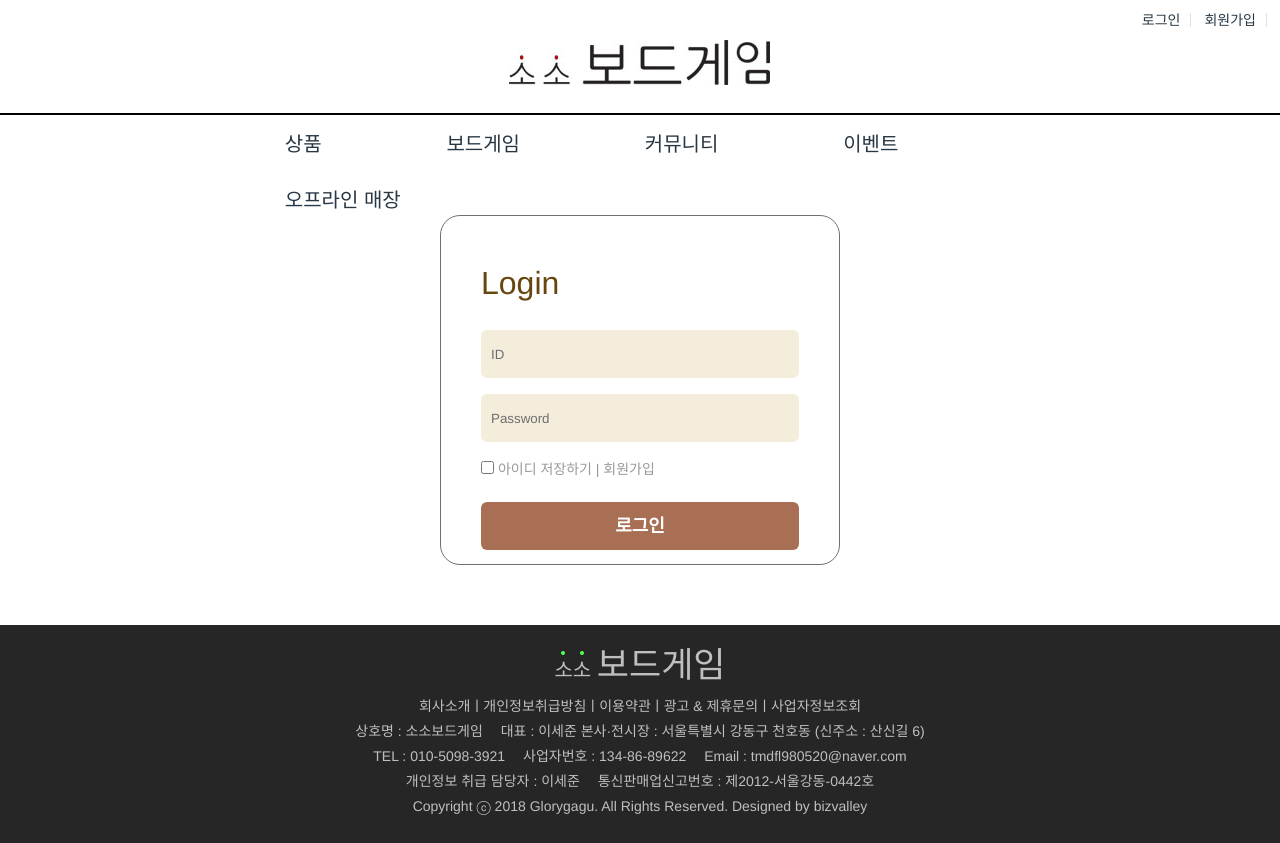
Repository: sejun98/sosobordgameJSP
Page: http://localhost/singup/login_form.jsp
These files come from the project's save history. The page is drawn as it stood at one moment and after the next save; the edit follows.
The browser window is 1280 px wide. The pictures show the whole page.
Some web fonts or font styles are not loaded; a fallback is used. The page is served by Tomcat 9.

Above is the page before, as saved 2022-10-07 07:31:43.

### singup/src/main/webapp/login_form.jsp
<%@ page language="java" contentType="text/html; charset=UTF-8"
    pageEncoding="UTF-8"%>
<%@ page import="java.sql.*" %>
<%@ page import="java.text.*" %>
<%@ page import="java.util.*, java.lang.*"  %>
<!DOCTYPE html>
<html>
<head>
<meta charset="UTF-8">
<title>로그인 폼</title>
<link rel="shortcut icon" href="images/pabicon.ico">
<link rel="stylesheet" href="css/login.css">
<link rel="stylesheet" href="css/reset.css">
<link href="https://fonts.googleapis.com/css?family=Nanum+Gothic" rel="stylesheet">
<link rel="stylesheet" type="text/css" href="css/slick.css">
<link rel="stylesheet" type="text/css" href="css/slick-theme.css">
<link href="https://fonts.googleapis.com/css?family=Poor+Story" rel="stylesheet">


</head>
<body>

<%
	String name = (String)session.getAttribute("name");
	if(name == null) {
%>
<!--header start//-->
<header id="dowowow">
	<a href="#dowowow" class="ssg"><div id="top"></div></a>
	<div id="header_top">
		<ul>
			<li><a href="#">로그인</a></li>
			<li><a href="#">회원가입</a></li>
		</ul>
	</div>
	<div id="logo">
		<a href="index.html"><img src="images/design_index_03red.jpg" alt="헤드메뉴" width="262" sizes="100%"></a>
	</div>
	<div class="header_menu">
		<ul>
			<div class="header_menu_bar">
				<li><a href="Good.html" class="bold">상품</a></li>
				<li><a href="#">보드게임</a></li>
				<li><a href="board.html" class="bold">커뮤니티</a></li>
				<li><a href="event.html" class="bold">이벤트</a></li>
				<li><a href="#">오프라인 매장</a></li>
			</div>
		</ul>
	</div>
</header>
<!--header end//-->
<div class="menu">
	<div class="container">
		<div class="login-wrapper">
			<h2>Login</h2>
			<form method="post" action="<%= request.getContextPath() %>/login_pro.jsp" id="login-form">
				<input type="text" name="id" placeholder="ID">
				<input type="password" name=pw placeholder="Password">
				<label for="remember-check" class="idsave">
					<input type="checkbox" id="remember-check">  아이디 저장하기 | 회원가입
				</label>
				<input type="submit" value="로그인">
			</form>
		</div>
	</div>
</div>
<footer>
	<div class="footer_box">
		<div class="footer_title">
			<span id="susu">소소
				<span class="footer_title_wja"></span>
				<span class="footer_title_wja2"></span>
			</span>
			보드게임
		</div>
		<div class="footer_txt">
			회사소개ㅣ개인정보취급방침ㅣ이용약관ㅣ광고 & 제휴문의ㅣ사업자정보조회<br>
			상호명 : 소소보드게임  　대표 : 이세준   본사·전시장 : 서울특별시 강동구 천호동 (신주소 : 산신길 6) <br>

			TEL : 010-5098-3921　  사업자번호 : 134-86-89622  　Email : tmdfl980520@naver.com <br>

			개인정보 취급 담당자 : 이세준  　통신판매업신고번호 : 제2012-서울강동-0442호 <br>

			Copyright ⓒ 2018 Glorygagu. All Rights Reserved. Designed by bizvalley
		</div>
	</div>
</footer>


<script src="https://code.jquery.com/jquery-2.2.0.min.js" type="text/javascript"></script>
<script type="text/javascript">
 $(document).ready(function() {
    $("a.ssg").anchorAnimate()
 });
 jQuery.fn.anchorAnimate = function(settings) {
    settings = jQuery.extend({
    speed : 1000
    }, settings);
    return this.each(function(){
    var caller = this
    $(caller).click(function (event) {
    event.preventDefault()
    var locationHref = window.location.href
    var elementClick = $(caller).attr("href")
    var destination = $(elementClick).offset().top;
    $("html:not(:animated),body:not(:animated)").animate({ scrollTop: destination}, settings.speed, function()
    {
    window.location.hash = elementClick
    });
     return false;
    })
    })
 }
</script>
<%
	} else {
			%>
		<%= name %>님 로그인 중
		<a href="<% request.getContextPath(); %> logout.jsp">로그아웃</a>
		<%
	}
%>

</body>
</html>

### singup/src/main/webapp/css/login.css

header {
	width: 100%;
}

#header_top {
	float: right;
}
#header_top ul li {
	float: left;
	padding: 13px;
	padding-left: 0;
	line-height: 1;
}
#header_top ul li:nth-child(1) a{
	border-right: solid 1px;
	border-color: #E0E0E0;
	margin: 0px;
}
#header_top ul li:nth-child(2) a{
	margin-right: 0;
	border-right: solid 1px;
	border-color: #E0E0E0;
	margin: 0px;
}

#header_top ul li a {
	display: block;
	margin-right: 65px;
	padding-right: 10px;
}
header #logo {
	clear: both;
	text-align: center;
	margin-bottom: 20px;
}
.header_menu {
	width:100%;
	height: 60px;
	border-top: solid 2px;
}
.header_menu ul li {
	float: left;
	margin-left: 13%;
}
.header_menu ul li a {
	display: block;
	padding: 12px 0px 10px 0px;
	font-size: 20px;
	font-family: 'Nanum Gothic', sans-serif;
}
.header_menu ul li .bold:hover {
	font-weight:bold;
}
.header_menu ul li:nth-child(5) {
	float: left;
}
.header_menu_bar{
	width: 75%;
	margin: 0 auto;

}
/*header end //----------------------------*/
/*container start ------*/
*{
    padding: 0;
    margin: 0;
    border: none;
}
body{
    font-size: 14px;
    font-family: 'Roboto', sans-serif;
}


.login-wrapper{
	margin : auto;
	margin-top: 40px;
	border: 1px solid rgb(112, 112, 112);
	border-radius: 20px;
    width: 400px;
    height: 350px;
    padding: 40px;
    box-sizing: border-box;
}


.login-wrapper > h2{
    font-size: 32px;
    color: #68460f;
    margin-bottom: 20px;
}
#login-form > input{
    width: 100%;
    height: 48px;
    padding: 0 10px;
    box-sizing: border-box;
    margin-bottom: 16px;
    border-radius: 6px;
    background-color: #F5EDDC;
}
#login-form > input::placeholder{
    color: #6d6d6d;
}
#login-form > input[type="submit"]{
    color: #fff;
    font-size: 18px;
	font-weight: bold;
    background-color: #a86f55;
    margin-top: 20px;
}
#login-form > input[type="checkbox"]{
    display: none;
}
#login-form > label{
    color: #999999;
}
#login-form input[type="checkbox"] + label{
    cursor: pointer;
    padding-left: 26px;
    background-image: url("checkbox.png");
    background-repeat: no-repeat;
    background-size: contain;
}
#login-form input[type="checkbox"]:checked + label{
    background-image: url("checkbox-active.png");
    background-repeat: no-repeat;
    background-size: contain;
}

.idsave{
	margin-left : 20%;
}

/*container end ------*/
.down_box {
	width: 100%;
	height: 296px;
	background-color: #CDFFC3;
	float: left;
}
.down_box_img {
	background-image: url(../images/User_dow.jpg);
	background-repeat: no-repeat;
	width: 50%;height: 300px;
	float: left;
}
.down_box_txt {
	color: white;
	font-size: 35px;
	text-align: center;
	margin-top: 60px;
	position: relative;
}
.down_soso {
	font-size: 20px;
}
.down_soso span:before {
	content: "��";
	color: #dc3434;
	font-size: 1em;
	position: relative;
	left: 19px;
	top: -20px;
}
.down_sosos{
	font-size: 20px;
}
.down_sosos span:before {
	content: "��";
	color: #f7f549;
	font-size: 1em;
	position: relative;
	left: 19px;
	top: -20px;
}
.down_soso_img {
	background-image: url(../images/design_inde22x_08.jpg);
	width: 4px;height: 4px;
	position: absolute;
	left: 313px; top: 15px;
}
.down_soso_img2 {
	background-image: url(../images/design_inde22x_08.jpg);
	width: 4px;height: 4px;
	position: absolute;
	left: 333px; top: 15px;
}
.down_box_txt p {
	margin-top: -25px;
	font-size: 45px;
}
.down_box_txt .pp2{
	line-height: 46px;
	font-size: 20px;
}
.search {
	width: 421px;
	position: relative;
	margin-left: 50%;
	transform: translateX(-50%);
}
.inputbox {
	float: left;
	font-size: 18px;
	color: #ebebeb;
	padding-left: 10px;
	background-color: rgba(255,255,255,0);
	border: solid 5px #ebebeb;
	width: 421px; height: 46px;
	margin-top: 10px;


}
.search .inputbox_button{
	position: absolute;
	top: 20px;right: -13px;
	background-color: transparent;
}



.down_title {
	margin-top: 20px;
	width: 200px; height: 50px;
	background-color: #fff;
	border-radius: 50px;
	margin-left: 50%;
	transform: translateX(-50%);
	color: #000;
	font-size: 20px;
	font-weight: bold;
	line-height: 50px;

}
.down_title:hover {
	background-color: #646464;
	color: #F0F0F0
}
/*footer start*/
.footer_box {
	width: 100%; height: 218px;
	background-color: #262626;
	clear: both;
	color: #bfbfbf;
}
.footer_title {
	padding-top: 10px;
	font-size: 35px;
	text-align: center;
	margin-top: 60px;
	position: relative;
}
.footer_title span {
	font-size: 20px;
}
.footer_txt {
	font-size: 14px;
	text-align: center;
	line-height: 25px;
}
.footer_title_wja {
	background-image: url(../images/design_indexdd_03.jpg);
	width: 4px;height: 4px;
	background-repeat: no-repeat;
	float: left;
	position: absolute;
	top: -8px;right: 13px;
}
.footer_title_wja2 {
	background-image: url(../images/design_indexdd_03.jpg);
	width: 4px;height: 4px;
	background-repeat: no-repeat;
	float: left;
	position: absolute;
	top: -8px;right: 32px;
}

#susu {
	position: relative;
}

#rjatk {
	float: left;
}

/*Slick*/
 .slider {
        width: 50%;
        margin: 0 auto;
    }

    .slick-slide {
      margin: 0px 20px;
    }

    .slick-slide img {
      width: 90%;
      margin: 0 auto;
      padding-top: 5%;
    }

    .slick-prev:before,
    .slick-next:before {
      color: black;
    }


    .slick-slide {
      transition: all ease-in-out .3s;
      opacity: 1;
    }

    .slick-active {
      opacity: 1;
    }

    .slick-current {
      opacity: 1;
    }
    /*slick*/

### singup/src/main/webapp/css/reset.css
*{
 margin:0;
 padding:0;
 border:none;
 	list-style:none;
	text-decoration: none;
	font-family: 'Nanum Gothic', sans-serif;
	font-family: noto,notojp,notokr,Helvetica
	,Microsoft YaHei,Apple SD Gothic Neo,Malgun Gothic,
	"\B9D1\C740 \ACE0\B515",Dotum,\\B3CB\C6C0,sans-serif;
}

/*여백초기화*/
body, div, dl, dd, dt, ul, li, ol, h1, h2, h3, h4, h5, h6, form, legend, textarea, select, fieldset, p, button {margin: 0; padding: 0;}

/*링크 초기화 */
a { color: #273743; text-decoration: none; }
a:hover { color: #000000; }

/*폰트초기화 */
body, input, textarea, select, button, table {line-height: 1.7} /*나눔고딕은 크로스브라우져에 가장 적합 */

/*h태그 초기화 */
h1, h2, h3, h4, h5, h6 { font-size: 12px; font-weight: normal; }

/*목록태그 초기화*/
li, ol, ul {list-style: none;}

/*ir*/

.ir { width: 0; height: 0; font-size: 0; line-height: 0; overflow: hidden; position: absolute; left: 0; top: 0; }
.cursor {
	cursor:pointer;
}
.down_title:hover {
	background-color: #646464;
	color: #F0F0F0
}

### singup/src/main/webapp/css/slick.css
/* Slider */
.slick-slider
{
    position: relative;

    display: block;
    box-sizing: border-box;
}

.slick-list
{
    position: relative;

    display: block;
    overflow: hidden;

    margin: 0;
    padding: 0;
}
.slick-list:focus
{
    outline: none;
}
.slick-list.dragging
{
    cursor: pointer;
}

.slick-slider .slick-track,
.slick-slider .slick-list
{

}

.slick-track
{
    position: relative;
    top: 0;
    left: 0;

    display: block;
    margin-left: auto;
    margin-right: auto;
}
.slick-track:before,
.slick-track:after
{
    display: table;

    content: '';
}
.slick-track:after
{
    clear: both;
}
.slick-loading .slick-track
{
    visibility: hidden;
}

.slick-slide
{
    display: none;
    float: left;

    height: 100%;
    min-height: 1px;
}
[dir='rtl'] .slick-slide
{
    float: right;
}
.slick-slide img
{
    display: block;
}
.slick-slide.slick-loading img
{
    display: none;
}
.slick-initialized .slick-slide
{
    display: block;
}
.slick-loading .slick-slide
{
    visibility: hidden;
}
.slick-vertical .slick-slide
{
    display: block;

    height: auto;

    border: 1px solid transparent;
}
.slick-arrow.slick-hidden {
    display: none;
}

### singup/src/main/webapp/css/slick-theme.css
/* Slider */
.slick-loading .slick-list
{
    background: #fff url('./ajax-loader.gif') center center no-repeat;
}

/* Icons */
@font-face
{
    font-family: 'slick';
    font-weight: normal;
    font-style: normal;

    src: url('./fonts/slick.eot');
    src: url('./fonts/slick.eot?#iefix') format('embedded-opentype'), url('./fonts/slick.woff') format('woff'), url('./fonts/slick.ttf') format('truetype'), url('./fonts/slick.svg#slick') format('svg');
}
/* Arrows */
.slick-prev,
.slick-next
{
    font-size: 0;
    line-height: 0;

    position: absolute;
    top: 50%;

    display: block;

    width: 20px;
    height: 20px;
    padding: 0;

    transform: translate(0, -50%);

    cursor: pointer;

    color: transparent;
    border: none;
    outline: none;
    background: transparent;
}
.slick-prev:hover,
.slick-prev:focus,
.slick-next:hover,
.slick-next:focus
{
    color: transparent;
    outline: none;
    background: transparent;
}
.slick-prev:hover:before,
.slick-prev:focus:before,
.slick-next:hover:before,
.slick-next:focus:before
{
    opacity: 1;
}
.slick-prev.slick-disabled:before,
.slick-next.slick-disabled:before
{
    opacity: .25;
}

.slick-prev:before,
.slick-next:before
{
    font-family: 'slick';
    font-size: 40px;
    line-height: 1;

    opacity: .75;
    color: white;


}

.slick-prev
{
    left: -25px;
}
[dir='rtl'] .slick-prev
{
    right: -25px;
    left: auto;
}
.slick-prev:before
{
    content: '←';
}
[dir='rtl'] .slick-prev:before
{
    content: '→';
}

.slick-next
{
    right: -25px;
}
[dir='rtl'] .slick-next
{
    right: auto;
    left: -25px;
}
.slick-next:before
{
    content: '→';
}
[dir='rtl'] .slick-next:before
{
    content: '←';
}

/* Dots */
.slick-dotted.slick-slider
{
    margin-bottom: 30px;
}

.slick-dots
{
    position: absolute;
    bottom: -25px;

    display: block;

    width: 100%;
    padding: 0;
    margin: 0;

    list-style: none;

    text-align: center;
}
.slick-dots li
{
    position: relative;

    display: inline-block;

    width: 20px;
    height: 20px;
    margin: 0 5px;
    padding: 0;

    cursor: pointer;
}
.slick-dots li button
{
    font-size: 0;
    line-height: 0;

    display: block;

    width: 20px;
    height: 20px;
    padding: 5px;

    cursor: pointer;

    color: transparent;
    border: 0;
    outline: none;
    background: transparent;
}
.slick-dots li button:hover,
.slick-dots li button:focus
{
    outline: none;
}
.slick-dots li button:hover:before,
.slick-dots li button:focus:before
{
    opacity: 1;
}
.slick-dots li button:before
{
    font-family: 'slick';
    font-size: 6px;
    line-height: 20px;

    position: absolute;
    top: 0;
    left: 0;

    width: 20px;
    height: 20px;

    content: '•';
    text-align: center;

    opacity: .25;
    color: black;

}
.slick-dots li.slick-active button:before
{
    opacity: .75;
    color: black;
}

After the next save:
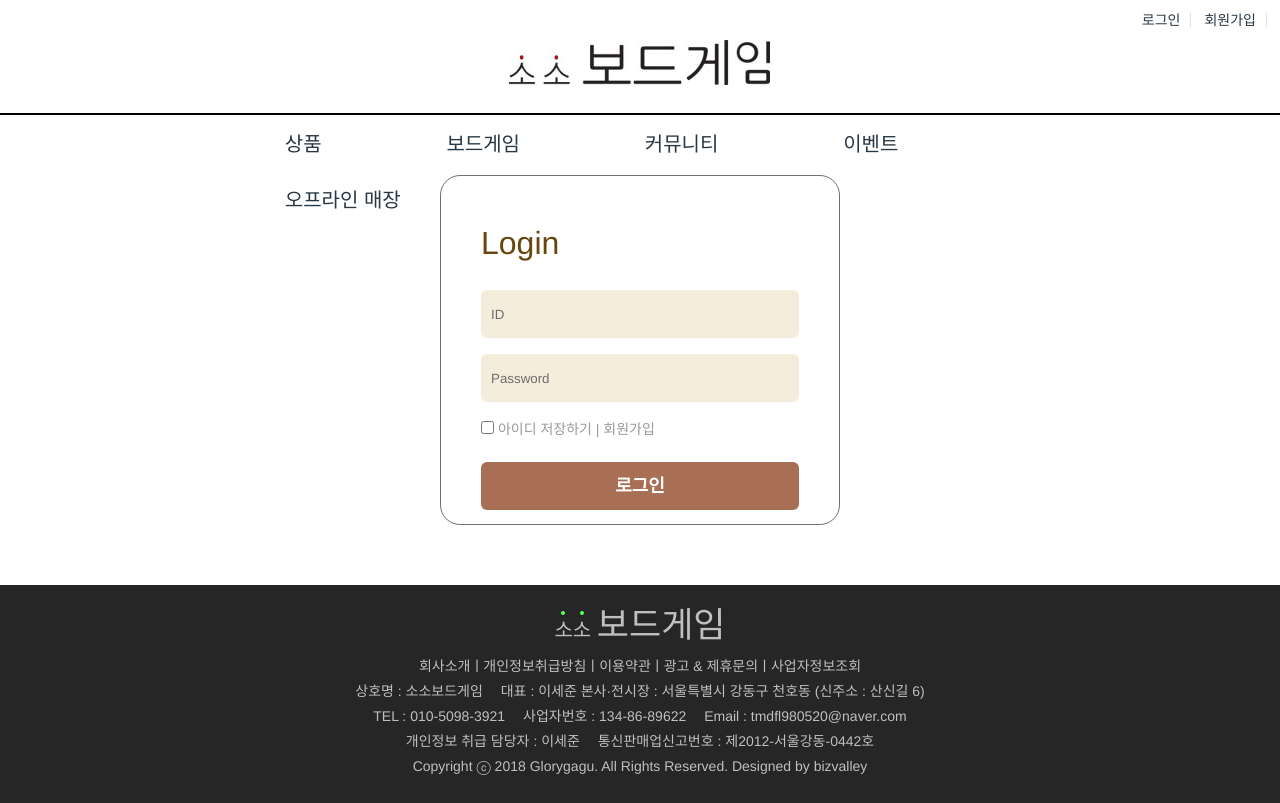
Saved 21 s later.
--- a/singup/src/main/webapp/css/login.css
+++ b/singup/src/main/webapp/css/login.css
@@ -75,7 +75,7 @@ body{
 
 .login-wrapper{
 	margin : auto;
-	margin-top: 40px;
+
 	border: 1px solid rgb(112, 112, 112);
 	border-radius: 20px;
     width: 400px;
